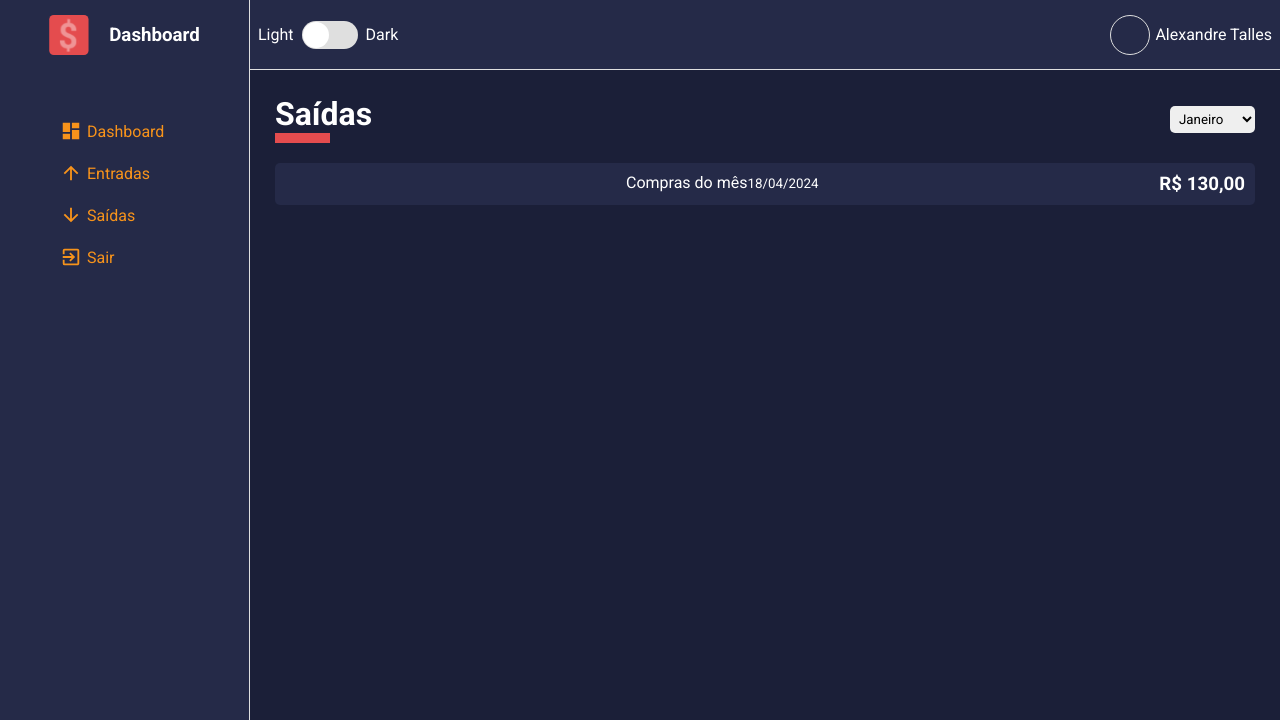
Repository: XFERRER7/dashboard
Page: /
These files come from the project's save history. The page is drawn as it stood at one moment and after a run of saves; the edit follows.
The browser window is 1280 px wide. The pictures show the whole page.
The project was rebuilt for these pictures with package versions that can differ from the ones it lists, and the page was loaded fresh each time. Also part of the build but not shown: vite.config.ts.

Above is the page before, as saved 2022-07-11 16:49:09.

After the next 5 saves:
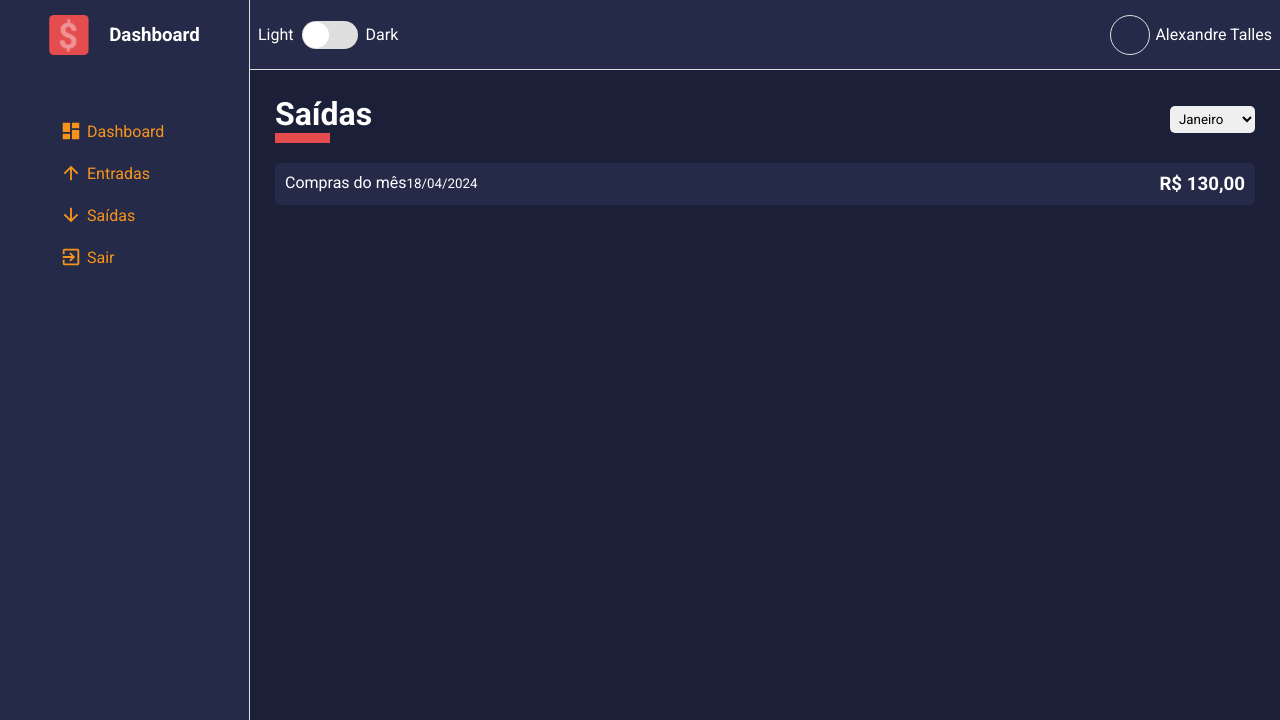
The 5 saves are shown as one change because they came seconds apart.
The last was saved 15 s later.
--- a/src/components/CardFinance/Styles.ts
+++ b/src/components/CardFinance/Styles.ts
@@ -10,9 +10,9 @@ export const Container = styled.div`
 `
 
 export const InfoCard = styled.div`
-
+  position: relative;
 `
 
 export const Highlighter = styled.div`
-
+  position: absolute;
 `
